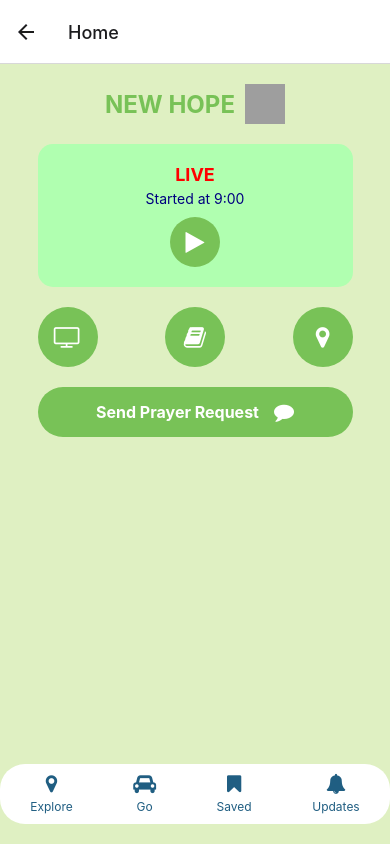
Repository: AbrahamM007/NewHopeChurchApp
Screen: /Home
An editor plug-in stored every save of this project. The screen is shown before and after the next save, followed by the edit.
Pictures or frames that could not be fetched are drawn as grey boxes. The app was drawn by React Native's web renderer in a window 390 px wide. The project was rebuilt for these pictures with package versions that can differ from the ones it lists, and the page was loaded fresh each time. Some packages were replaced by stand-ins written for this rebuild. Also part of the build but not shown: screens/SignUpScreen.js.

Above is the screen before, as saved 2024-10-21 16:38:18.

After the next save:
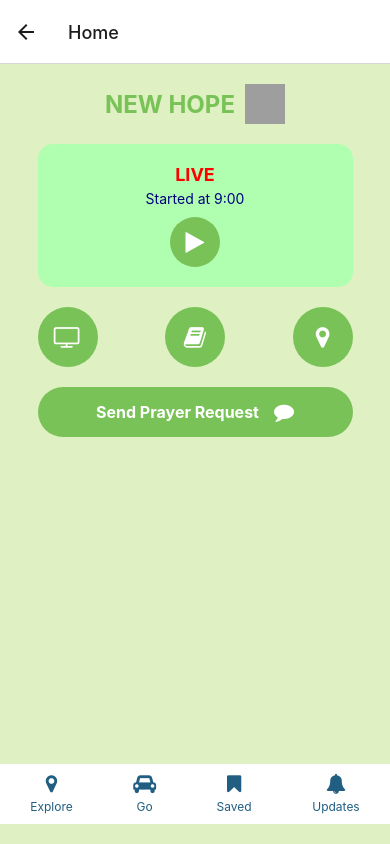
Saved 16 s later.
--- a/screens/HomeScreen.js
+++ b/screens/HomeScreen.js
@@ -156,7 +156,7 @@
     flexDirection: 'row',
     justifyContent: 'space-around',
     backgroundColor: '#fff',
-    borderRadius: 25,
+
     width: '100%',
     paddingVertical: 10,
     position: 'absolute',

After the save that followed:
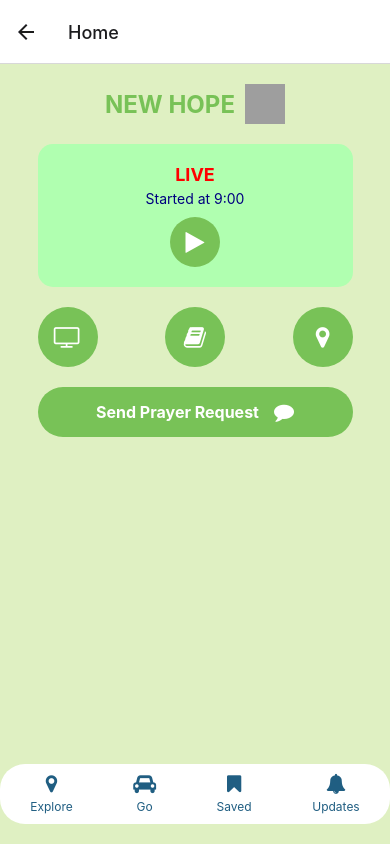
Saved 8 s later.
--- a/screens/HomeScreen.js
+++ b/screens/HomeScreen.js
@@ -156,7 +156,7 @@
     flexDirection: 'row',
     justifyContent: 'space-around',
     backgroundColor: '#fff',
-
+    borderRadius: 25,
     width: '100%',
     paddingVertical: 10,
     position: 'absolute',
